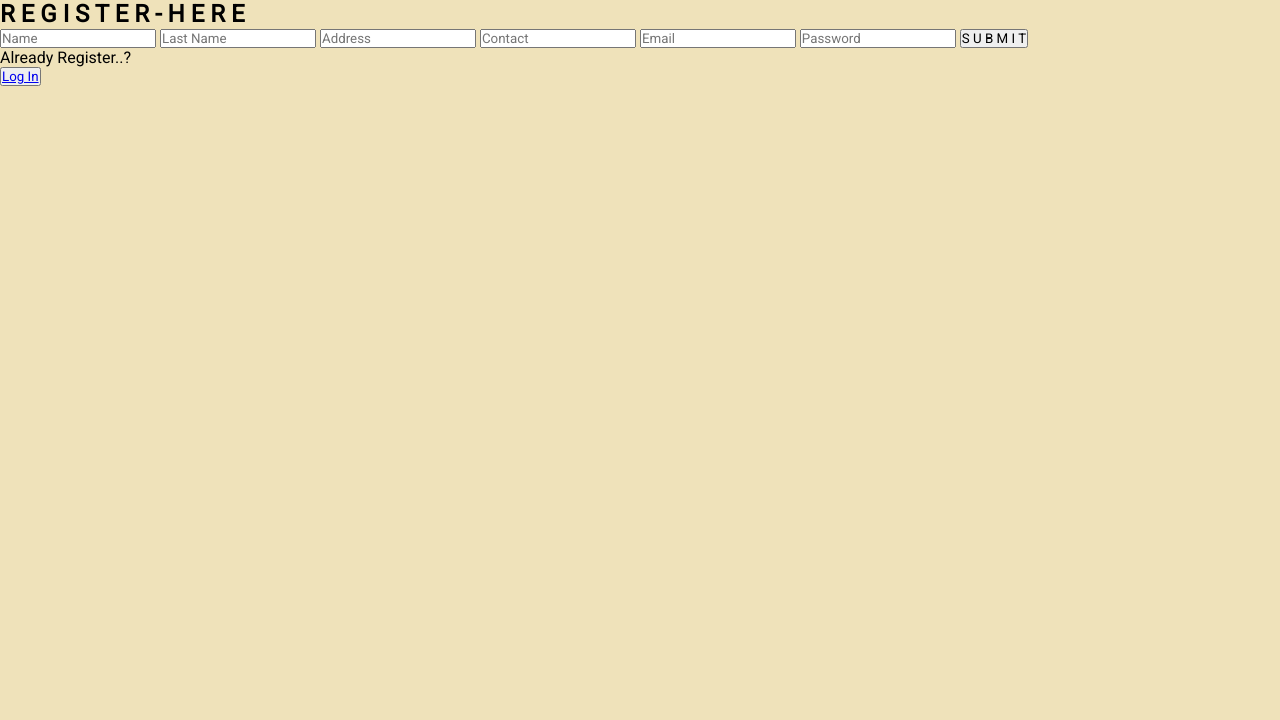
Repository: Krushna26nk/WebApplication
Page: http://localhost/Application/
The author's editor kept a copy of each file at every save. The page is drawn from the files as they stood at one save, then again after the next save.
The browser window is 1280 px wide. The pictures show the whole page.
The page is served by Tomcat 9. Other server files are loaded and not shown.

Above is the page before, as saved 2019-05-31 12:56:30.
Not found: web/Application/home/admin1/Desktop/blur.jpg

### web/Application/WebContent/RegisterData.jsp
<%@ page language="java" contentType="text/html; charset=UTF-8"
    pageEncoding="UTF-8"%>
<!DOCTYPE html PUBLIC "-//W3C//DTD HTML 4.01 Transitional//EN" "http://www.w3.org/TR/html4/loose.dtd">
<html>
<head>
<meta http-equiv="Content-Type" content="text/html; charset=UTF-8">
<link rel="stylesheet" type="text/css" href="Style.css">
<title>Insert title here</title>
</head>
<body style="background-color:#EFE2BA;">
<div class="regDiv">
	<h2> R E G I S T E R - H E R E </h2>

	<form class="form" action="Registration" style="align:middle;">
				 <div class="inputFields">

					  	<input type="text" id="firstName" placeholder="Name" name="uname">

				 	  	<input type="text" id="lastName" placeholder="Last Name" name="lname">

				  	   	<input type="text" id="userAddress" placeholder="Address" name="address">

				  		<input type="number" id="contactNo" placeholder="Contact" name="contact">

				  		<input type="email" id="emailId" placeholder="Email" name="email">

				  		<input type="password" id="userPassword" placeholder="Password" name="pass">


		 	<input type="submit" value="S U B M I T">
		 </div>
	</form>
		<p> Already Register..?  </p>
		<button type="button"><a href="Login.jsp"> Log In </a></button>

</div>


<script type="text/javascript">
	var userFName = document.getElementById("firstName");
	var userLName = document.getElementById("lastName");
	var userAddr = document.getElementById("userAddress");
	var contct = document.getElementById("contactNo");
	var emailId = document.getElementById("emailId");
	var userPass = document.getElementById("userPassword");
</script>


</body>
</html>

### web/Application/WebContent/Style.css
@CHARSET "UTF-8";
@import url('https://fonts.googleapis.com/css?family=Roboto');
*{
	margin:0;
	padding:0;
	box-sizing: border-box;
	outline:none;
	font-family: 'Roboto', sans-serif;
}
body{
	background: url("/home/admin1/Desktop/blur.jpg");
}

After the next save:
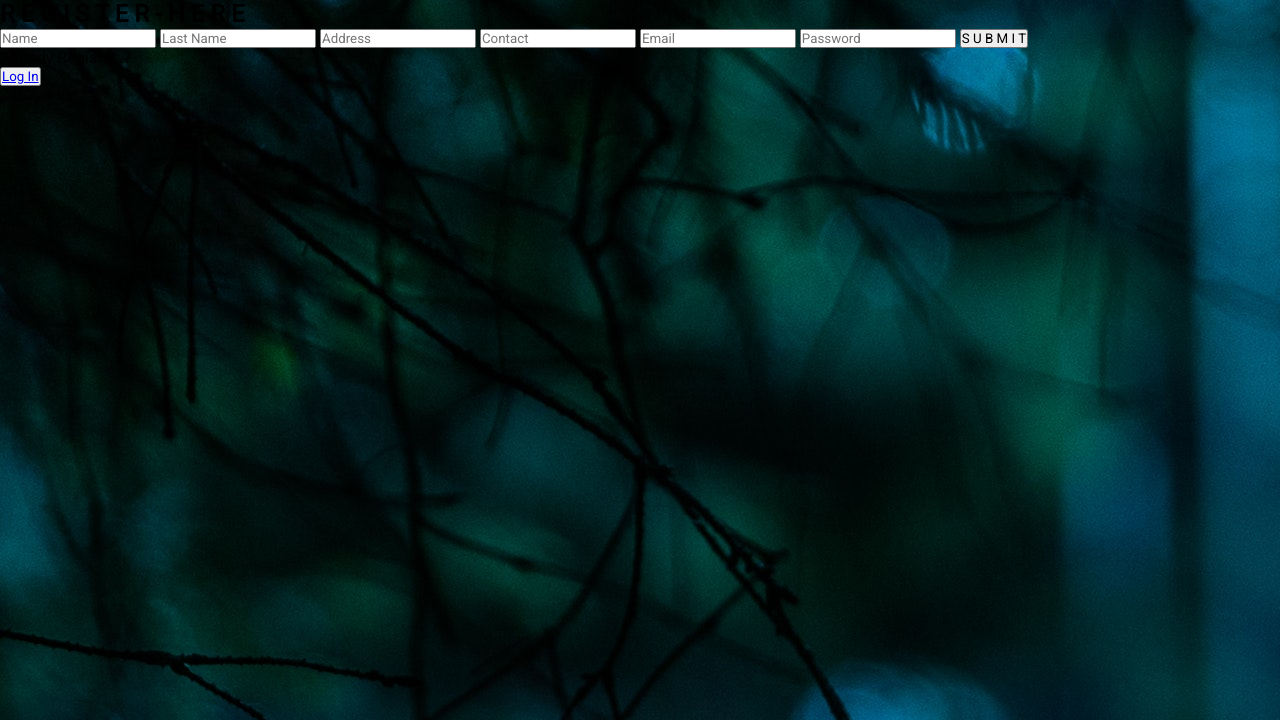
Saved 49 s later.
--- a/web/Application/WebContent/Style.css
+++ b/web/Application/WebContent/Style.css
@@ -8,5 +8,5 @@
 	font-family: 'Roboto', sans-serif;
 }
 body{
-	background: url("/home/admin1/Desktop/blur.jpg");
+	background: url("blur.jpg");
 }
